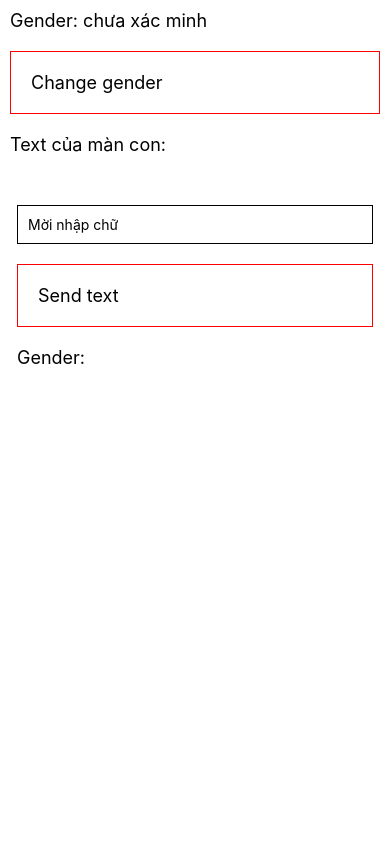
Repository: web345/test
Screen: /
These files come from the project's save history. The screen is drawn as it stood at one moment and after the next save; the edit follows.
The app was drawn by React Native's web renderer in a window 390 px wide. The project was rebuilt for these pictures with package versions that can differ from the ones it lists, and the page was loaded fresh each time.

Above is the screen before, as saved 2021-08-17 14:44:17.

After the next save:
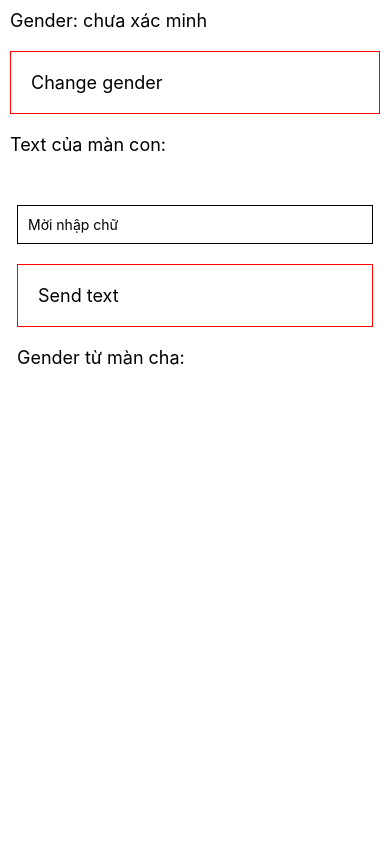
Saved 8 s later.
--- a/form2.js
+++ b/form2.js
@@ -6,7 +6,7 @@ export default function form2(props) {
         <View style={style.container}>
         <TextInput placeholder={"Mời nhập chữ"} style={style.input}></TextInput>
         <TouchableOpacity style={style.button}><Text style={style.text}>Send text</Text></TouchableOpacity>
-        <Text style={style.text}>Gender: {props.gioitinh}</Text>
+        <Text style={style.text}>Gender từ màn cha: {props.gioitinh}</Text>
         </View>
     )
 }
